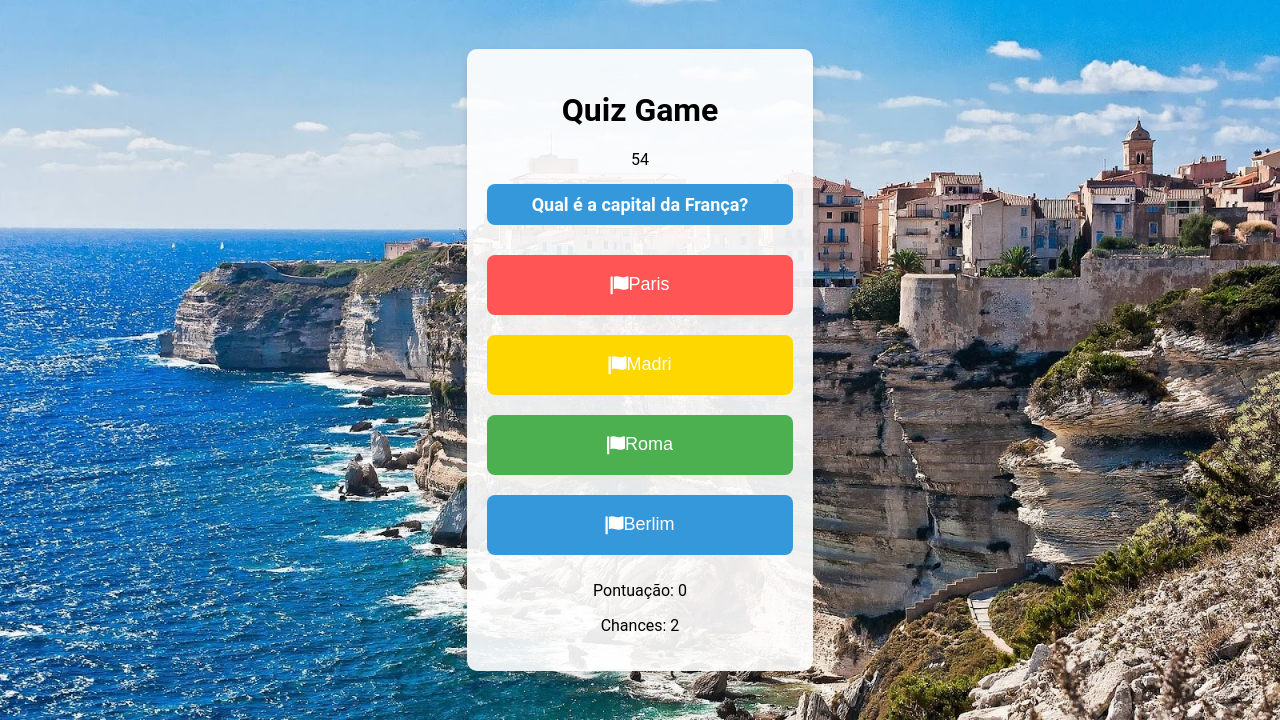
Repository: Matheus904-12/Quizz
Page: index.html
These files come from the project's save history. The page is drawn as it stood at one moment and after a run of saves; the edit follows.
The browser window is 1280 px wide. The pictures show the whole page.
The pointer rests on the first visible `.option`.

Above is the page before, as saved 2023-08-21 19:58:43.

### index.html
<!DOCTYPE html>
<html lang="en">
<head>
    <meta charset="UTF-8">
    <meta name="viewport" content="width=device-width, initial-scale=1.0">
    <link rel="stylesheet" href="style.css">
    <link rel="stylesheet" href="https://cdnjs.cloudflare.com/ajax/libs/font-awesome/6.0.0-beta3/css/all.min.css">
    <script src="script.js" defer></script>
    <title>Quiz Game</title>
</head>
<body>
    <div class="quiz-container">
        <div class="header">
            <h1>Quiz Game</h1>
            <div class="timer">
                <div class="timer-circle"></div>
                <span id="time-left">60</span>
            </div>
        </div>
        <div class="question-container">
            <h2 class="question"></h2>
        </div>
        <div class="options-container"></div>
        <div class="score-chances">
            <p class="score">Pontuação: <span id="score">0</span></p>
            <p class="chances">Chances: <span id="chances">2</span></p>
        </div>
        <div class="result-container">
            <p class="result" id="result"></p>
        </div>
    </div>
    <audio id="correctSound" src="depositphotos_426537900-track-correct-guess-bing.mp3"></audio>
    <audio id="incorrectSound" src="som_de_resposta_errada_efeito_sonoro_toquesengracadosmp3.com.mp3"></audio>
    <audio id="backgroundMusic" src="LAKEY INSPIRED - Me 2 (Feat. Julian Avila).mp3" loop autoplay></audio>
</body>
</html>

### style.css
/* Estilos para o Quiz */
body {
    margin: 0;
    display: flex;
    justify-content: center;
    align-items: center;
    height: 100vh;
    font-family: 'Roboto', sans-serif;
    background-size: cover;
    background-position: center;
    transition: background-image 0.5s ease-in-out;
}

.quiz-container {
    max-width: 600px; /* Aumentando a largura da caixa de pergunta */
    padding: 20px;
    background-color: rgba(255, 255, 255, 0.9);
    border-radius: 10px;
    box-shadow: 0px 4px 8px rgba(0, 0, 0, 0.1);
    text-align: center;
}

.question {
    font-size: 18px;
    margin-bottom: 20px;
    padding: 10px;
    border-radius: 8px;
    background-color: #3498DB;
    color: #fff;
}

.options-container {
    display: flex; /* Display flex para alinhar os botões lado a lado */
    flex-direction: row; /* Alterando para linha para ficarem na horizontal */
    justify-content: center; /* Centralizando os botões horizontalmente */
    flex-wrap: wrap; /* Para os botões quebrarem para a próxima linha quando não houver espaço suficiente */
}

.option {
    display: flex;
    align-items: center;
    justify-content: center;
    width: 100%;
    height: 60px;
    margin: 10px 0;
    cursor: pointer;
    border-radius: 8px;
    transition: background-color 0.3s, transform 0.2s, box-shadow 0.2s; /* Adicionando a propriedade box-shadow para a animação */
    font-size: 18px;
    color: #fff;
    background-color: #3498DB;
    border: none;
}

### script.js
const questions = [
    {
        question: "Qual é a capital da França?",
        options: [
            '<i class="fas fa-flag"></i> Paris',
            '<i class="fas fa-flag"></i> Madri',
            '<i class="fas fa-flag"></i> Roma',
            '<i class="fas fa-flag"></i> Berlim'
        ],
        correctAnswer: 0,
        imagePath: "frança2.jpg"
    },
    {
        question: "Qual é a capital do Brasil?",
        options: [
            '<i class="fas fa-flag"></i> Brasília',
            '<i class="fas fa-flag"></i> Rio de Janeiro',
            '<i class="fas fa-flag"></i> São Paulo',
            '<i class="fas fa-flag"></i> Belo Horizonte'
        ],
        correctAnswer: 0,
        imagePath: "brasil20.jpeg"
    },
    {
        question: "Qual é o maior planeta do Sistema Solar?",
        options: [
            '<i class="fas fa-globe"></i> Marte',
            '<i class="fas fa-globe"></i> Júpiter',
            '<i class="fas fa-globe"></i> Vênus',
            '<i class="fas fa-globe"></i> Urano'
        ],
        correctAnswer: 1,
        imagePath: "sistema.jpeg"
    },
    {
        question: "Qual é o processo pelo qual as plantas convertem luz solar em energia?",
        options: [
            '<i class="fas fa-leaf"></i> Fotossíntese',
            '<i class="fas fa-leaf"></i> Respiração celular',
            '<i class="fas fa-leaf"></i> Osmose',
            '<i class="fas fa-leaf"></i> Mitose'
        ],
        correctAnswer: 0,
        imagePath: "planta.jpg"
    },
    {
        question: "Qual é a maior lua de Júpiter?",
        options: [
            '<i class="fas fa-moon"></i> Europa',
            '<i class="fas fa-moon"></i> Ganimedes',
            '<i class="fas fa-moon"></i> Calisto',
            '<i class="fas fa-moon"></i> Io'
        ],
        correctAnswer: 0,
        imagePath: "jupiter.jpg"
    }
];

const colors = ["#FF5555", "#FFD700", "#4CAF50", "#3498DB"]; // Cores para as alternativas

const correctSound = new Audio('correct-sound.mp3');
const incorrectSound = new Audio('incorrect-sound.mp3');
const backgroundMusic = new Audio('background-music.mp3');
backgroundMusic.loop = true;

const questionContainer = document.querySelector('.question');
const optionsContainer = document.querySelector('.options-container');
const scoreDisplay = document.getElementById('score');
const chancesDisplay = document.getElementById('chances');
const timerCircle = document.querySelector('.timer-circle');
const resultDisplay = document.getElementById('result');

let currentQuestionIndex = 0;
let score = 0;
let chances = 2;
let timeLeft = 60;
let timer;

// Event listener para iniciar o áudio
document.addEventListener("DOMContentLoaded", function() {
    backgroundMusic.play();
});

function displayQuestion() {
    const currentQuestion = questions[currentQuestionIndex];
    questionContainer.innerHTML = currentQuestion.question;
    optionsContainer.innerHTML = '';

    currentQuestion.options.forEach((option, index) => {
        const optionElement = document.createElement('button');
        optionElement.classList.add('option');
        optionElement.innerHTML = option;
        optionElement.style.backgroundColor = colors[index]; // Definir cor de fundo
        optionElement.addEventListener('click', () => checkAnswer(index));
        optionsContainer.appendChild(optionElement);
    });

    const imagePath = currentQuestion.imagePath;
    document.body.style.backgroundImage = `url('${imagePath}')`;

    startTimer();
}

function startTimer() {
    updateTimerDisplay();
    timer = setInterval(() => {
        timeLeft--;
        updateTimerDisplay();

        if (timeLeft <= 0) {
            clearInterval(timer);
            checkAnswer(-1);
        }
    }, 1000);
}

function updateTimerDisplay() {
    const timePercent = (timeLeft / 60) * 100;
    timerCircle.style.background = `conic-gradient(transparent ${360 - timePercent * 3.6}deg, #fff ${360 - timePercent * 3.6}deg)`;
    document.getElementById('time-left').textContent = timeLeft;
}

function checkAnswer(selectedIndex) {
    clearInterval(timer);

    const currentQuestion = questions[currentQuestionIndex];
    const correctIndex = currentQuestion.correctAnswer;

    if (selectedIndex === correctIndex) {
        score += 10;
        scoreDisplay.textContent = score;
        currentQuestionIndex++;

        if (currentQuestionIndex < questions.length) {
            timeLeft = 60;
            displayQuestion();
        } else {
            questionContainer.textContent = "Quiz completado!";
            optionsContainer.innerHTML = '';
            resultDisplay.textContent = '';
            timerCircle.style.display = 'none';
            backgroundMusic.pause();
        }
    } else {
        chances--;
        chancesDisplay.textContent = chances;

        if (chances === 0) {
            currentQuestionIndex = 0;
            score = 0;
            chances = 2;
            timeLeft = 60;
            displayQuestion();
        } else {
            resultDisplay.textContent = "Resposta incorreta. Tente novamente!";
            timeLeft = 60;
            displayQuestion();
        }
        incorrectSound.play();
    }
}

// Início do Quiz
displayQuestion();
backgroundMusic.play();

After the next 2 saves:
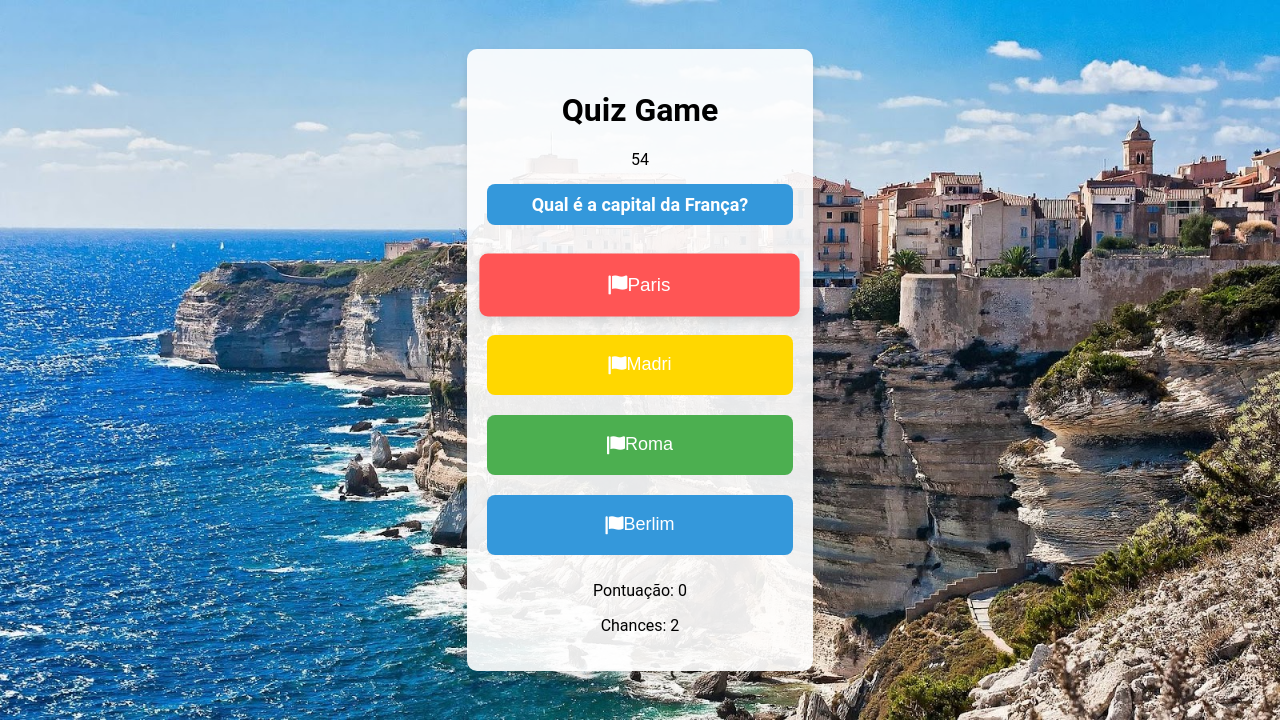
The 2 saves are shown as one change because they came seconds apart.
The last was saved 20 s later.
--- a/style.css
+++ b/style.css
@@ -51,3 +51,8 @@ body {
     background-color: #3498DB;
     border: none;
 }
+
+.option:hover {
+    transform: scale(1.05);
+    box-shadow: 0px 4px 8px rgba(0, 0, 0, 0.1); /* Adicionando a sombra ao passar o mouse */
+}
